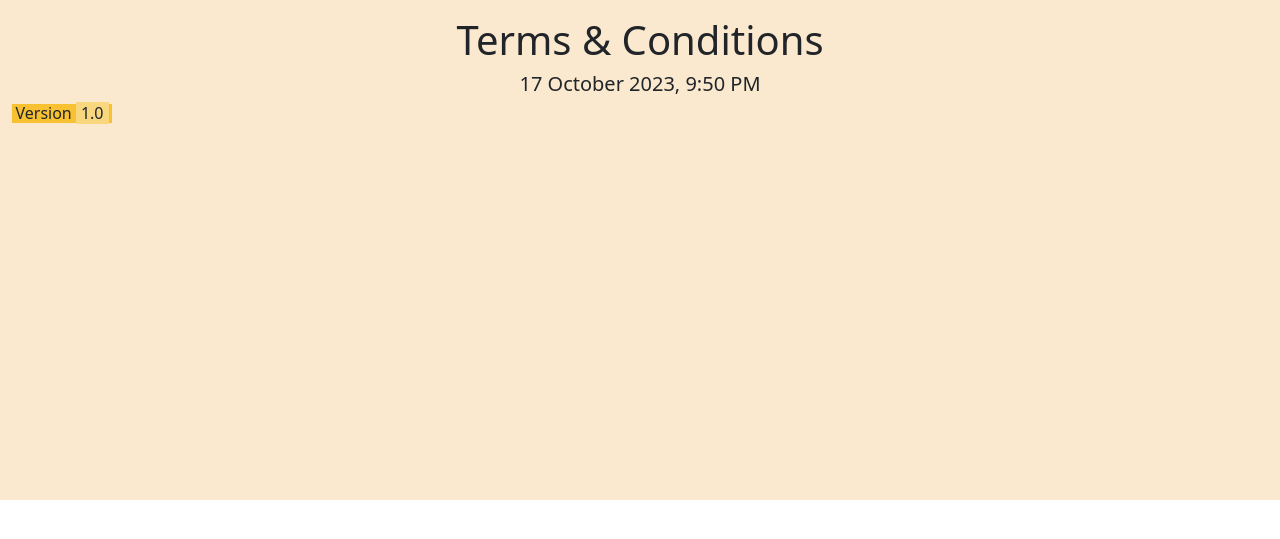
Repository: injectGroup/github.io
Page: terms.html
The author's editor kept a copy of each file at every save. The page is drawn from the files as they stood at one save, then again after the next save.
The browser window is 1280 px wide. The pictures show the whole page.

Above is the page before, as saved 2023-11-30 07:25:36.

After the next save:
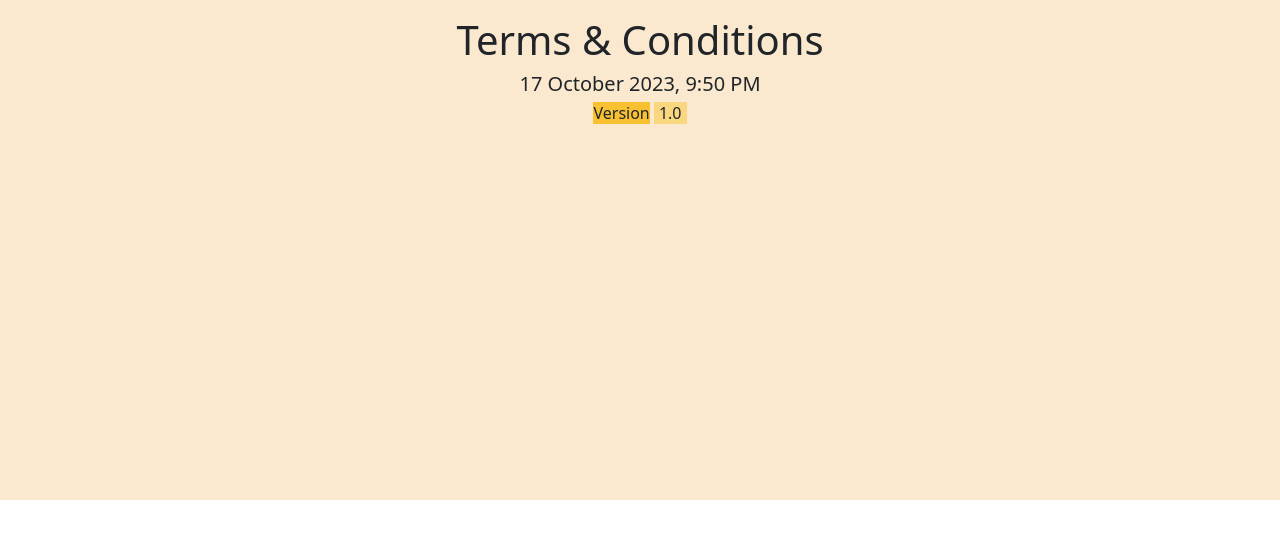
Saved 34 s later.
--- a/terms.html
+++ b/terms.html
@@ -27,8 +27,8 @@
                 17 October 2023, 9:50 PM
             </h5>
             <div class="col align-self-center">
-                <h6 class="text-center version">
-                    Version
+                <h6 class="text-center">
+                    <span class="version">Version</span>
                     <span class="version-number">1.0</span>
                 </h6>
             </div>
